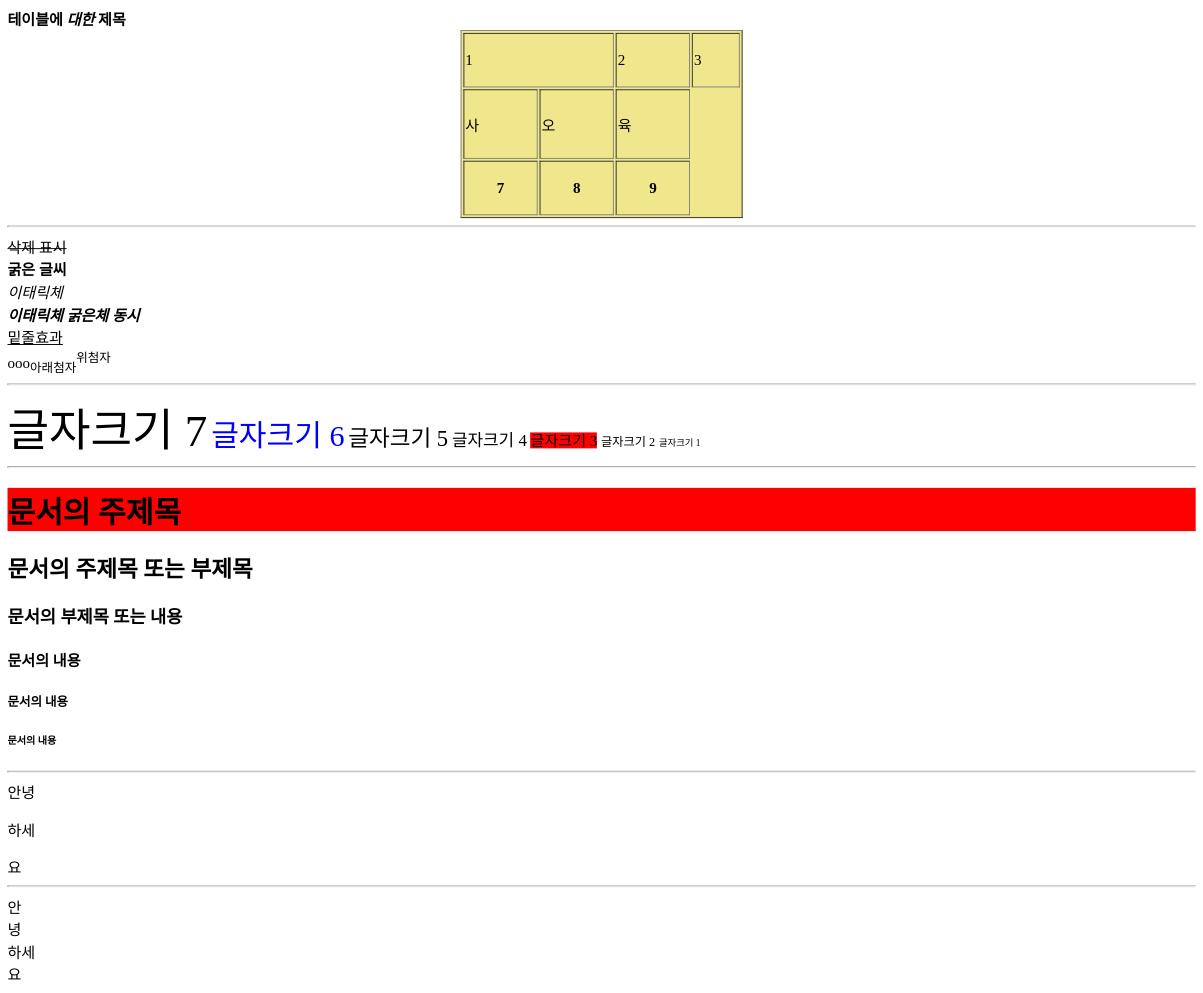
Repository: hui-Joo/html
Page: html/day01.html
An editor plug-in stored every save of this project. The page is shown before and after the next save, followed by the edit.
The browser window is 1280 px wide. The pictures show the whole page, at 94% of full size.

Above is the page before, as saved 2021-10-04 05:27:44.

### html/day01.html
<!DOCTYPE html>
<html>
<head>
<meta charset="utf-8"> <!-- 이건 없어됨 꺽쇠 느낌표 바바가 주석임 -->
<title>Insert title here</title>
</head>
<!--
<body text="white" bgcolor="black">
-->
<body>

<table border="1" align="center" height="200" width="300" bgcolor="khaki">
	<captoin> <b>테이블에 <i>대한</i> 제목</b> </captoin>
	<tr>
		<td colspan="2">1</td><td>2</td><td>3</td>

	</tr>
	<tr>
		<td>사</td><td>오</td><td>육</td>

	</tr>
	<tr>
		<th>7</th><th>8</th><th>9</th>

	</tr>
</table>

<hr>

<strike>삭제 표시</strike><br>
<b>굵은 글씨</b><br>
<i>이태릭체</i><br>
<i><b>이태릭체 굵은체 동시</b></i><br>
<u>밑줄효과</u><br>
ooo<sub>아래첨자</sub><sup>위첨자</sup>

<hr>

<font size="7">글자크기 7</font>
<font size="6" face="궁서체" color='blue'>글자크기 6</font>
<font size="5">글자크기 5</font>
<font size="4">글자크기 4</font>
<font size="3" style="background-color: red;">글자크기 3</font>
<font size="2">글자크기 2</font>
<font size="1">글자크기 1</font>

<hr>

<h1 style="background-color: red;">문서의 주제목</h1>
<h2>문서의 주제목 또는 부제목</h2>
<h3>문서의 부제목 또는 내용</h3>
<h4>문서의 내용</h4>
<h5>문서의 내용</h5>
<h6>문서의 내용</h6>

<hr>
	안녕
	<p>하세</p>
	요
<hr>
	안<br>녕<br>
	하세<br>
	요
<!--
	안녕하세요~
-->
</body>
</html>

After the next save:
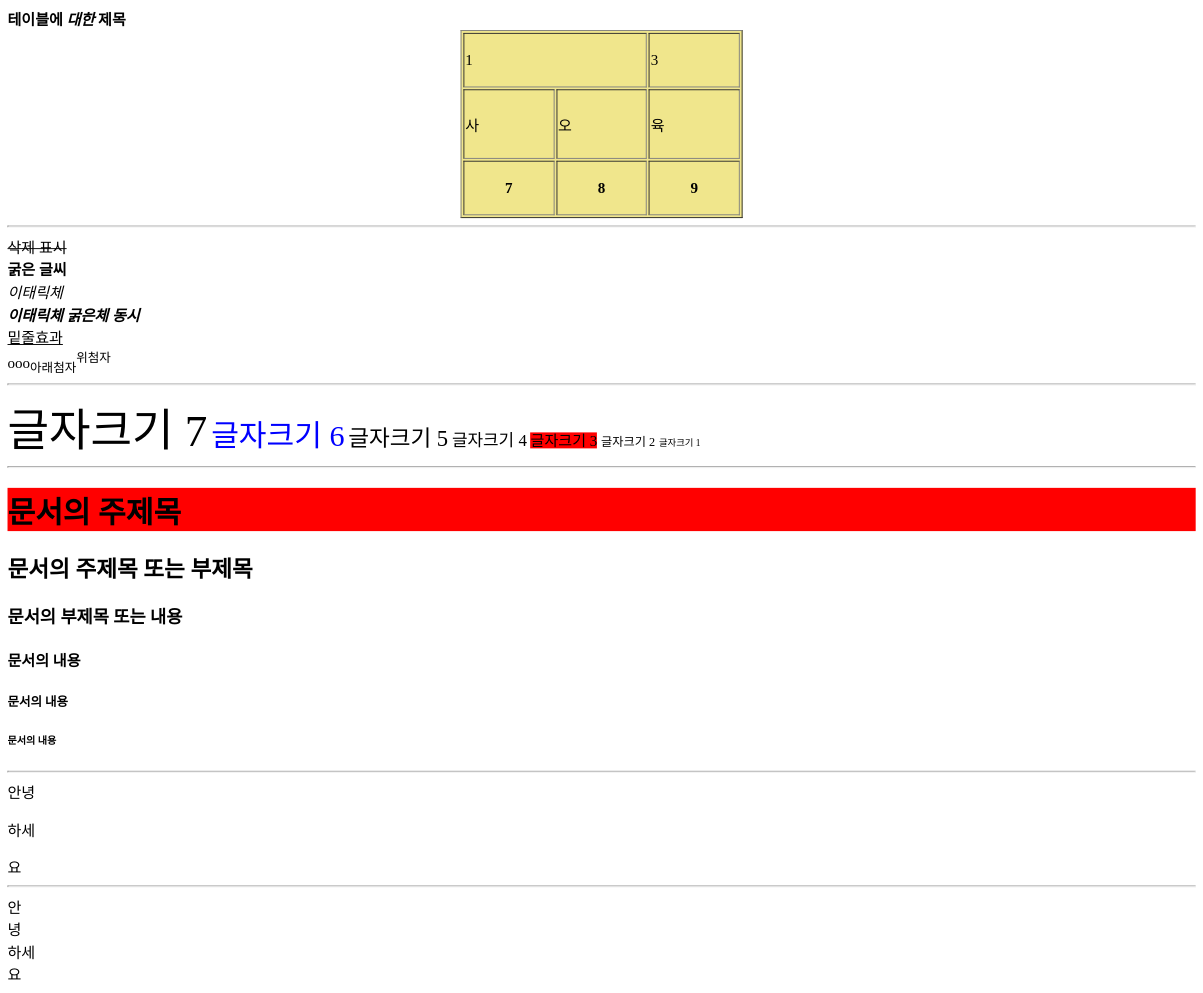
Saved 87 s later.
--- a/html/day01.html
+++ b/html/day01.html
@@ -12,7 +12,7 @@
 <table border="1" align="center" height="200" width="300" bgcolor="khaki">
 	<captoin> <b>테이블에 <i>대한</i> 제목</b> </captoin>
 	<tr>
-		<td colspan="2">1</td><td>2</td><td>3</td>
+		<td colspan="2">1</td><td>3</td>
 
 	</tr>
 	<tr>
